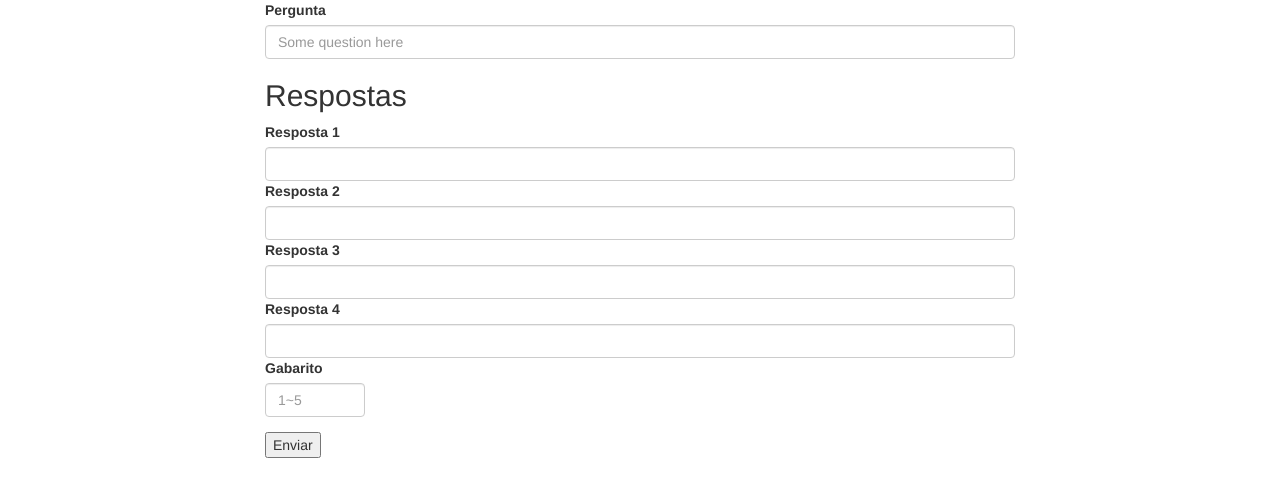
Repository: brunoUnigranrio/TDEs-Daw
Page: http://localhost/TDE1/sucesso.jsp
An editor plug-in stored every save of this project. The page is shown before and after the next save, followed by the edit.
The browser window is 1280 px wide. The pictures show the whole page.
The page is served by Tomcat 9.

Above is the page before, as saved 2019-06-16 20:55:14.
Console error (its wording comes from the project's code and is left out).

After the next save:
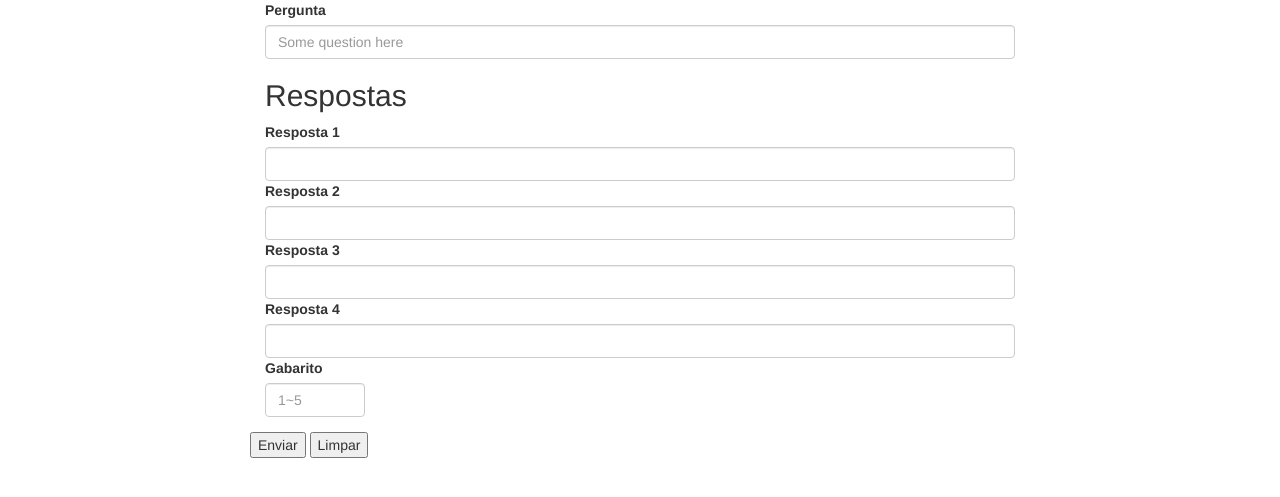
Saved 28 s later.
--- a/TDE1/WebContent/sucesso.jsp
+++ b/TDE1/WebContent/sucesso.jsp
@@ -40,7 +40,7 @@
   %>
   <div class="row">
   <div class= "col-md-2">
-      <label for="gaba">Gabarito</label>
+   <label for="gaba">Gabarito</label>
     <input type="number" class="form-control" id="gabarito" placeholder="1~5" >
   </div>
 
@@ -48,7 +48,10 @@
 
 
   </div>
+  <div class="row">
   <button type="submit">Enviar</button>
+  <button type="reset">Limpar</button>
+  </div>
 </form>
 </div>
 
